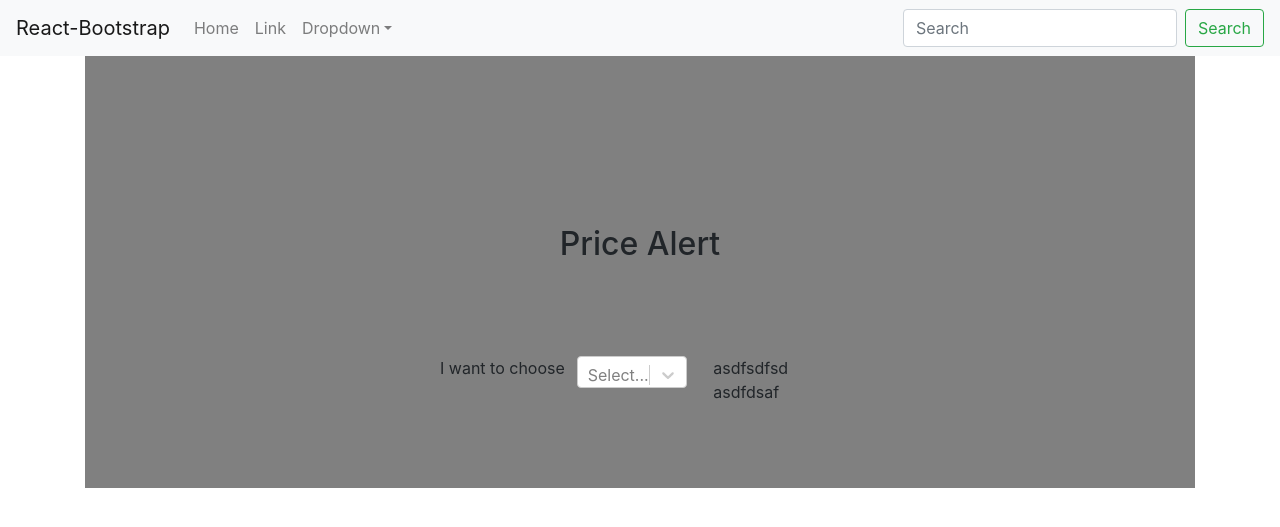
Repository: flychicken123/PriceAlertFront
Page: /
The author's editor kept a copy of each file at every save. The page is drawn from the files as they stood at one save, then again after the next save.
The browser window is 1280 px wide. The pictures show the whole page.
The page's requests for data from a server got no answer. The project was rebuilt for these pictures with package versions that can differ from the ones it lists, and the page was loaded fresh each time. No one was signed in, and anything a server would have sent is missing. Also part of the build but not shown: src/App.css.

Above is the page before, as saved 2021-03-07 10:02:33.

### public/index.html
<!DOCTYPE html>
<html lang="en">
  <head>
    <meta charset="utf-8" />
    <link rel="icon" href="%PUBLIC_URL%/favicon.ico" />
    <meta name="viewport" content="width=device-width, initial-scale=1" />
    <meta name="theme-color" content="#000000" />
    <meta
      name="description"
      content="Web site created using create-react-app"
    />
    <link rel="apple-touch-icon" href="%PUBLIC_URL%/logo192.png" />
    <!--
      manifest.json provides metadata used when your web app is installed on a
      user's mobile device or desktop. See https://developers.google.com/web/fundamentals/web-app-manifest/
    -->
    <link rel="manifest" href="%PUBLIC_URL%/manifest.json" />
    <link
  rel="stylesheet"
  href="https://cdn.jsdelivr.net/npm/bootstrap@4.6.0/dist/css/bootstrap.min.css"
  integrity="sha384-B0vP5xmATw1+K9KRQjQERJvTumQW0nPEzvF6L/Z6nronJ3oUOFUFpCjEUQouq2+l"
  crossorigin="anonymous"
/>
<link rel="stylesheet" href="https://fonts.googleapis.com/css?family=Roboto:300,400,500,700&display=swap" />

    <!--
      Notice the use of %PUBLIC_URL% in the tags above.
      It will be replaced with the URL of the `public` folder during the build.
      Only files inside the `public` folder can be referenced from the HTML.

      Unlike "/favicon.ico" or "favicon.ico", "%PUBLIC_URL%/favicon.ico" will
      work correctly both with client-side routing and a non-root public URL.
      Learn how to configure a non-root public URL by running `npm run build`.
    -->
    <title>React App</title>
  </head>
  <body>
    <noscript>You need to enable JavaScript to run this app.</noscript>
    <div id="root"></div>
    <!--
      This HTML file is a template.
      If you open it directly in the browser, you will see an empty page.

      You can add webfonts, meta tags, or analytics to this file.
      The build step will place the bundled scripts into the <body> tag.

      To begin the development, run `npm start` or `yarn start`.
      To create a production bundle, use `npm run build` or `yarn build`.
    -->
  </body>
</html>

### src/App.js
import logo from './logo.svg';
import './App.css';
import { BrowserRouter as Router, Switch, Route } from 'react-router-dom';
import TopNavbar from './components/TopNavbar';
import Home from './components/Home.jsx';
const App = () => {
  return (
    <Router>
      <TopNavbar />
      <Switch>
        <Route path='/' component={Home} />
      </Switch>
    </Router>
  )
}

export default App;

### src/components/TopNavbar.jsx
import React, { Component } from 'react';
import { Button, Navbar, Nav, NavDropdown, Form, FormControl } from "react-bootstrap";
const TopNavbar = () => {
    return (
        <div>
            <Navbar bg="light" expand="lg">
                <Navbar.Brand href="#home">React-Bootstrap</Navbar.Brand>
                <Navbar.Toggle aria-controls="basic-navbar-nav" />
                <Navbar.Collapse id="basic-navbar-nav">
                    <Nav className="mr-auto">
                        <Nav.Link href="#home">Home</Nav.Link>
                        <Nav.Link href="#link">Link</Nav.Link>
                        <NavDropdown title="Dropdown" id="basic-nav-dropdown">
                            <NavDropdown.Item href="#action/3.1">Action</NavDropdown.Item>
                            <NavDropdown.Item href="#action/3.2">Another action</NavDropdown.Item>
                            <NavDropdown.Item href="#action/3.3">Something</NavDropdown.Item>
                            <NavDropdown.Divider />
                            <NavDropdown.Item href="#action/3.4">Separated link</NavDropdown.Item>
                        </NavDropdown>
                    </Nav>
                    <Form inline>
                        <FormControl type="text" placeholder="Search" className="mr-sm-2" />
                        <Button variant="outline-success">Search</Button>
                    </Form>
                </Navbar.Collapse>
            </Navbar>
        </div>
    )
};
export default TopNavbar

### src/components/Home.jsx
import React, { useState, Component, Select, useEffect, useCallback } from 'react';
import AsyncSelect from 'react-select/async';
import { Form, Container, Col } from 'react-bootstrap';

export default function Home(props) {
    const [coinTypes, setCoinTypes] = useState([]);
    const [selectedOption, setSelectedOption] = useState(props ? props.match?.params?.template_id : null);
    const customStyles = {
        control: base => ({
            ...base,
            height: 32,
            minHeight: 30,
            width: 110,
            padding: 0
        })
    };


    // const coinOptions = (f) => {
    //     return [{ name: "- select -", id: "" }, ...coinTypes].map((coinType) => {
    //         return {
    //             label: coinType.name,
    //             value: coinType.id
    //         }
    //     })
    // };
    const handleCoinChange = useCallback((coin_id) => {
        setSelectedOption(coin_id);
        console.log(coin_id.name);
    }, []);
    const fetchCoinList = () => {
        return fetch(`https://6043fea2a20ace001728e9b7.mockapi.io/api/v1/coinlist/coinlist`).then(res => res.json());
    }


    return (

        < div className='mainControl' >
            <Container fluid="md">

                <div style={{ display: 'flex', justifyContent: 'center', alignItems: 'center', height: '60vh', backgroundColor: 'grey', width: '200' }}>

                    <Form>
                        <div style={{ display: 'flex', justifyContent: 'center', alignItems: 'center', height: '30vh' }}>
                            <h2>Price Alert</h2>
                        </div>
                        <Form.Row>
                            <Col>
                                I want to choose
                            </Col>
                            <Col>
                                <AsyncSelect
                                    cacheOptions
                                    defaultOptions
                                    onChange={handleCoinChange}
                                    value={selectedOption}
                                    loadOptions={fetchCoinList}
                                    getOptionValue={option => option.id}
                                    getOptionLabel={option => option.name}
                                    styles={customStyles}
                                />
                            </Col>
                            <Col>asdfsdfsd  asdfdsaf</Col>
                        </Form.Row>

                    </Form>

                </div>
            </Container>
        </div >
    )
}

Loaded but not shown: src/index.js (common file); src/index.css (common file); src/reportWebVitals.js (common file)

After the next save:
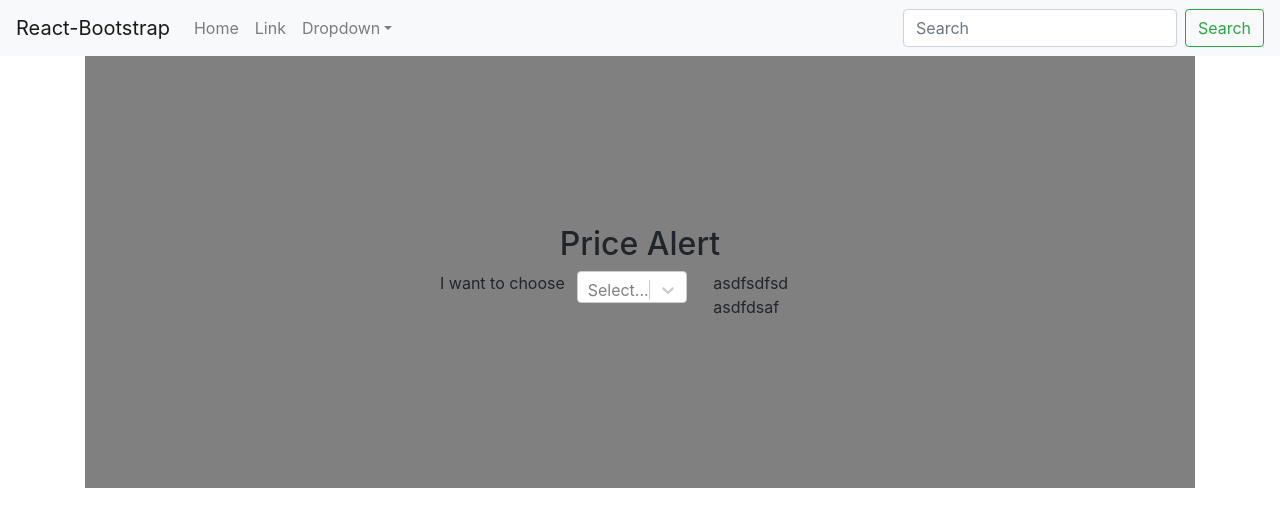
Saved 6 s later.
--- a/src/components/Home.jsx
+++ b/src/components/Home.jsx
@@ -41,7 +41,7 @@ export default function Home(props) {
                 <div style={{ display: 'flex', justifyContent: 'center', alignItems: 'center', height: '60vh', backgroundColor: 'grey', width: '200' }}>
 
                     <Form>
-                        <div style={{ display: 'flex', justifyContent: 'center', alignItems: 'center', height: '30vh' }}>
+                        <div style={{ display: 'flex', justifyContent: 'center', aheight: '30vh' }}>
                             <h2>Price Alert</h2>
                         </div>
                         <Form.Row>
